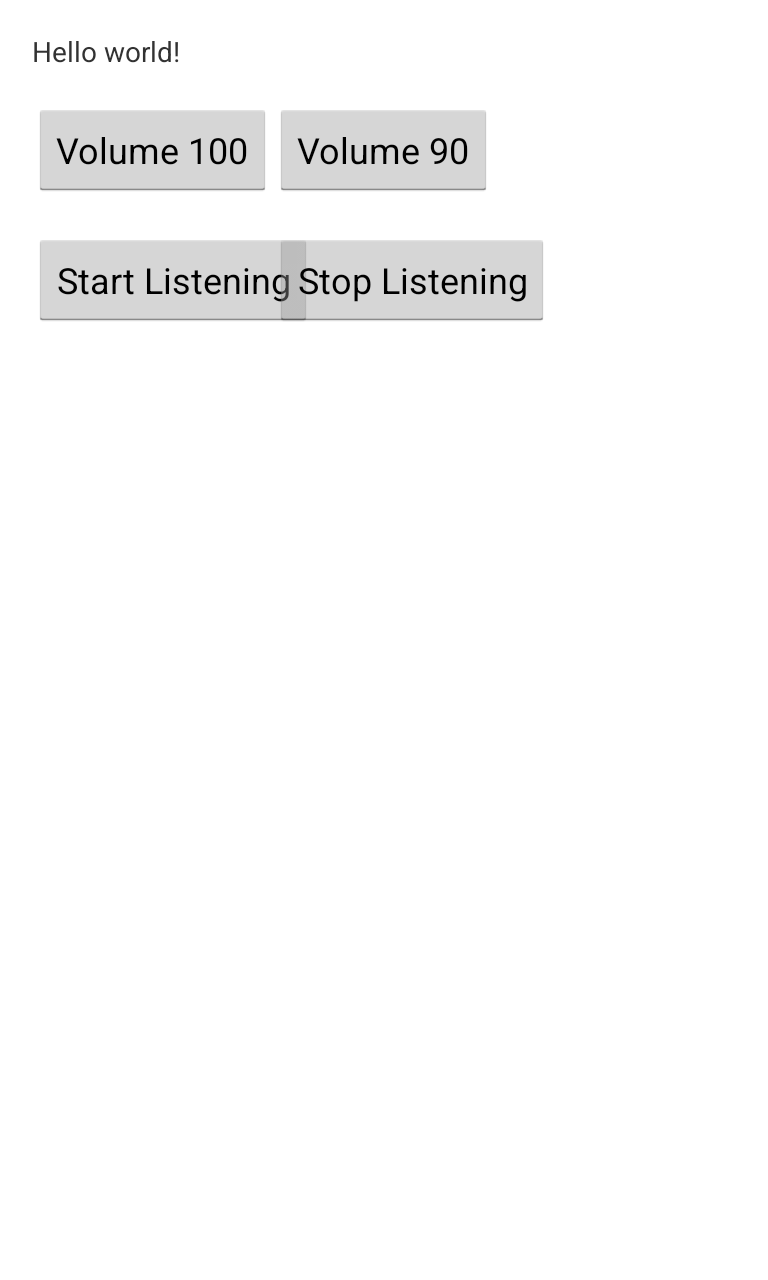
Repository: kmcgain/AutoVolume
Layout: AutoVolume/res/layout/activity_main.xml
These files come from the project's save history. The layout is drawn as it stood at one moment and after the next save; the edit follows.
It is drawn on a 768 x 1280 px phone screen (xhdpi) without system bars, with theme AppTheme; the app's code is not run.

Above is the layout before, as saved 2014-01-12 04:49:31.

### AutoVolume/res/layout/activity_main.xml
<RelativeLayout xmlns:android="http://schemas.android.com/apk/res/android"
    xmlns:tools="http://schemas.android.com/tools"
    android:layout_width="match_parent"
    android:layout_height="match_parent"
    android:paddingBottom="@dimen/activity_vertical_margin"
    android:paddingLeft="@dimen/activity_horizontal_margin"
    android:paddingRight="@dimen/activity_horizontal_margin"
    android:paddingTop="@dimen/activity_vertical_margin"
    tools:context=".MainActivity" >

    <TextView
        android:id="@+id/textView1"
        android:layout_width="wrap_content"
        android:layout_height="wrap_content"
        android:text="@string/hello_world" />

    <Button
        android:id="@+id/button1"
        android:layout_width="wrap_content"
        android:layout_height="wrap_content"
        android:layout_alignLeft="@+id/textView1"
        android:layout_below="@+id/textView1"
        android:layout_marginTop="16dp"
        android:text="Volume 100"
        android:onClick="volume100_Click"/>

    <Button
        android:id="@+id/button2"
        android:layout_width="wrap_content"
        android:layout_height="wrap_content"
        android:layout_alignBaseline="@+id/button1"
        android:layout_alignBottom="@+id/button1"
        android:layout_toRightOf="@+id/button1"
        android:text="Volume 90"
        android:onClick="volume90_Click" />

    <Button
        android:id="@+id/button3"
        android:layout_width="wrap_content"
        android:layout_height="wrap_content"
        android:layout_alignLeft="@+id/button1"
        android:layout_below="@+id/button1"
        android:layout_marginTop="17dp"
        android:text="Start Listening"
        android:onClick="startListening_Click"/>

    <Button
        android:id="@+id/button4"
        android:layout_width="wrap_content"
        android:layout_height="wrap_content"
        android:layout_alignBaseline="@+id/button3"
        android:layout_alignBottom="@+id/button3"
        android:layout_alignLeft="@+id/button2"
        android:text="Stop Listening"
        android:onClick="stopListening_Click"/>

</RelativeLayout>

### AutoVolume/res/values/strings.xml
<?xml version="1.0" encoding="utf-8"?>
<resources>

    <string name="app_name">AutoVolume</string>
    <string name="action_settings">Settings</string>
    <string name="hello_world">Hello world!</string>

</resources>

Loaded but not shown: AutoVolume/res/values/styles.xml (common file); AutoVolume/res/values-v11/styles.xml (common file); AutoVolume/res/values-v14/styles.xml (common file); AutoVolume/res/values/dimens.xml (common file)

After the next save:
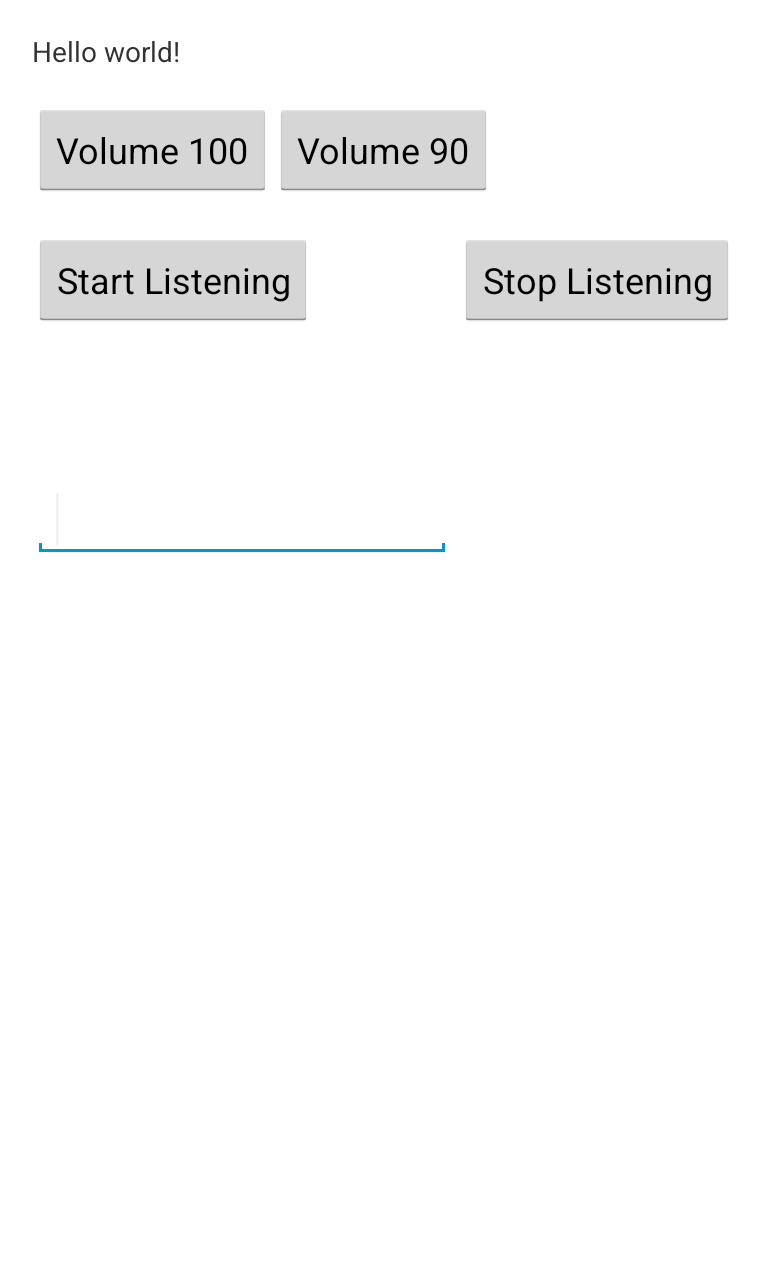
Saved 3 min 27 s later.
--- a/AutoVolume/res/layout/activity_main.xml
+++ b/AutoVolume/res/layout/activity_main.xml
@@ -50,8 +50,21 @@
         android:layout_height="wrap_content"
         android:layout_alignBaseline="@+id/button3"
         android:layout_alignBottom="@+id/button3"
-        android:layout_alignLeft="@+id/button2"
-        android:text="Stop Listening"
-        android:onClick="stopListening_Click"/>
+        android:layout_alignParentRight="true"
+        android:onClick="stopListening_Click"
+        android:text="Stop Listening" />
+
+    <EditText
+        android:id="@+id/ampDisplay"
+        android:layout_width="wrap_content"
+        android:layout_height="wrap_content"
+        android:layout_alignLeft="@+id/button3"
+        android:layout_below="@+id/button3"
+        android:layout_marginTop="76dp"
+        android:ems="10"
+        android:freezesText="false" >
+
+        <requestFocus />
+    </EditText>
 
 </RelativeLayout>
